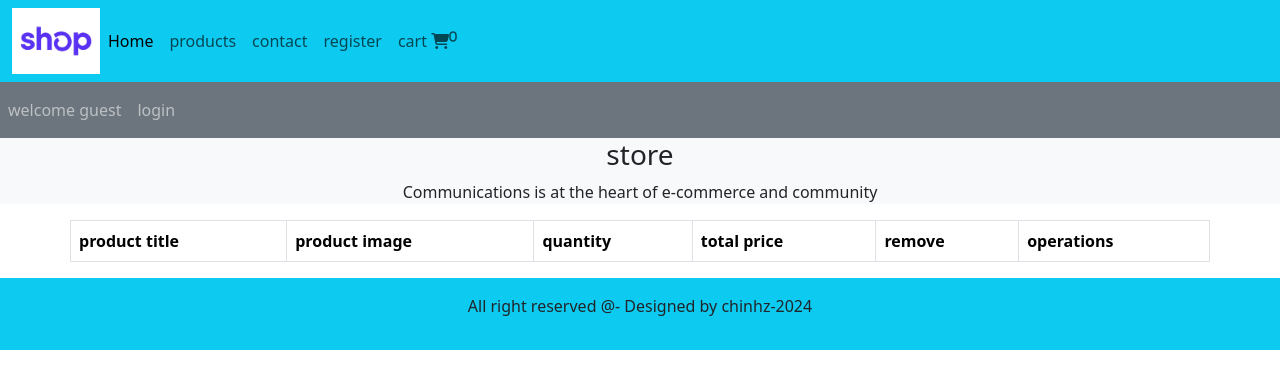
Repository: hahuuchinh2501/ecommerce_web
Page: http://localhost/cart.php
The author's editor kept a copy of each file at every save. The page is drawn from the files as they stood at one save, then again after the next save.
The browser window is 1280 px wide. The pictures show the whole page.
The page is run by PHP 8.4 with error messages shown; the project is at /var/www/html/. Queries for data that is not in the repository find no rows.

Above is the page before, as saved 2025-02-07 16:15:36.

### cart.php
<?php
include('includes/connect.php');
include('functions/common_function.php');
?>



<!DOCTYPE html>
<html lang="en">

<head>
    <meta charset="UTF-8">
    <meta name="viewport" content="width=device-width, initial-scale=1.0">
    <title>website-cart details</title>
    <link href="https://cdn.jsdelivr.net/npm/bootstrap@5.3.3/dist/css/bootstrap.min.css" rel="stylesheet"
        integrity="sha384-QWTKZyjpPEjISv5WaRU9OFeRpok6YctnYmDr5pNlyT2bRjXh0JMhjY6hW+ALEwIH" crossorigin="anonymous">
    <link rel="stylesheet" href="https://cdnjs.cloudflare.com/ajax/libs/font-awesome/6.5.2/css/all.min.css"
        integrity="sha512-SnH5WK+bZxgPHs44uWIX+LLJAJ9/2PkPKZ5QiAj6Ta86w+fsb2TkcmfRyVX3pBnMFcV7oQPJkl9QevSCWr3W6A=="
        crossorigin="anonymous" referrerpolicy="no-referrer" />
    <link rel="stylesheet" href="style.css">

</head>

<body>
    <!-- navbar -->
    <div class="container-fluid p-0">
        <nav class="navbar navbar-expand-lg bg-info">
            <div class="container-fluid">
                <img src="./images/shop.jpg" alt="" class="logo">
                <button class="navbar-toggler" type="button" data-bs-toggle="collapse"
                    data-bs-target="#navbarSupportedContent" aria-controls="navbarSupportedContent"
                    aria-expanded="false" aria-label="Toggle navigation">
                    <span class="navbar-toggler-icon"></span>
                </button>
                <div class="collapse navbar-collapse" id="navbarSupportedContent">
                    <ul class="navbar-nav me-auto mb-2 mb-lg-0">
                        <li class="nav-item">
                            <a class="nav-link active" aria-current="page" href="index.php">Home</a>
                        </li>
                        <li class="nav-item">
                            <a class="nav-link" href="display_all.php">products</a>
                        </li>
                        <li class="nav-item">
                            <a class="nav-link" href="#">contact</a>
                        </li>
                        <li class="nav-item">
                            <a class="nav-link" href="#">register</a>
                        </li>
                        <li class="nav-item">
                            <a class="nav-link" href="cart.php">cart <i
                                    class="fa-solid fa-cart-shopping"><sup><?php cart_item(); ?></sup></i></a>
                        </li>

                    </ul>

                </div>
            </div>
        </nav>

        <!-- call function cart -->
        <?php
        cart();
        ?>

        <nav class="navbar navbar-expand-lg navbar-dark bg-secondary">
            <ul class="navbar-nav me-auto">
                <li class="nav-item">
                    <a class="nav-link" href="#">welcome guest</a>
                </li>
                <li class="nav-item">
                    <a class="nav-link" href="#">login</a>
                </li>
            </ul>
        </nav>
        <div class="bg-light">
            <h3 class="text-center">store</h3>
            <p class="text-center">Communications is at the heart of e-commerce and community</p>
        </div>



        <div class="container">
            <div class="row">
                <table class="table table-bordered">
                    <thead>
                        <tr>
                            <th>product title</th>
                            <th>product image</th>
                            <th>quantity</th>
                            <th>total price</th>
                            <th>remove</th>
                            <th>operations</th>
                        </tr>
                    </thead>

                </table>
            </div>
        </div>

        <!-- include footer  -->
        <?php
        include("./includes/footer.php")
            ?>
    </div>

    <script src="https://cdn.jsdelivr.net/npm/bootstrap@5.3.3/dist/js/bootstrap.bundle.min.js"
        integrity="sha384-YvpcrYf0tY3lHB60NNkmXc5s9fDVZLESaAA55NDzOxhy9GkcIdslK1eN7N6jIeHz"
        crossorigin="anonymous"></script>
</body>

</html>

### includes/connect.php
<?php

$con=mysqli_connect('127.0.0.1:3316','root','123','myshop');
if(!$con) {
    die(mysqli_error($con));
}


?>

### functions/common_function.php
<?php
include('./includes/connect.php');


function getproducts()
{

    global $con;
    //condition to check isset or not
    if (!isset($_GET['category'])) {
        if (!isset($_GET['brand'])) {
            $select_query = "Select * from `products` order by rand() LIMIT 0,9";
            $result_query = mysqli_query($con, $select_query);
            // $row=mysqli_fetch_assoc($result_query);
            // echo $row['product_title'];
            while ($row = mysqli_fetch_assoc($result_query)) {
                $product_id = $row['product_id'];
                $product_title = $row['product_title'];
                $product_description = $row['product_description'];
                $product_image1 = $row['product_image1'];
                $product_price = $row['product_price'];
                $category_id = $row['category_id'];
                $brand_id = $row['brand_id'];
                echo "<div class='col-md-4 mb-2'>
                        <div class='card'>
                            <img src='./admin_area/product_images/$product_image1' class='card-img-top' alt='...'>
                            <div class='card-body'>
                                <h5 class='card-title'>$product_title</h5>
                                <p class='card-text'>$product_description</p>
                                <p class='card-text'>Giá: $product_price</p>
                                <a href='index.php?add_to_cart=$product_id' class='btn btn-info'>Add to cart</a>
                                <a href='product_details.php?product_id=$product_id' class='btn btn-secondary'>View more</a>
                            </div>
                        </div>
                    </div>";
            }
        }

    }
}

// getting all product
function get_all_products()
{
    global $con;
    //condition to check isset or not
    if (!isset($_GET['category'])) {
        if (!isset($_GET['brand'])) {
            $select_query = "Select * from `products` order by rand()";
            $result_query = mysqli_query($con, $select_query);
            // $row=mysqli_fetch_assoc($result_query);
            // echo $row['product_title'];
            while ($row = mysqli_fetch_assoc($result_query)) {
                $product_id = $row['product_id'];
                $product_title = $row['product_title'];
                $product_description = $row['product_description'];
                $product_image1 = $row['product_image1'];
                $product_price = $row['product_price'];
                $category_id = $row['category_id'];
                $brand_id = $row['brand_id'];
                echo "<div class='col-md-4 mb-2'>
                        <div class='card'>
                            <img src='./admin_area/product_images/$product_image1' class='card-img-top' alt='...'>
                            <div class='card-body'>
                                <h5 class='card-title'>$product_title</h5>
                                <p class='card-text'>$product_description</p>
                                <p class='card-text'>Giá: $product_price</p>
                                <a href='index.php?add_to_cart=$product_id' class='btn btn-info'>Add to cart</a>
                                <a href='product_details.php?product_id=$product_id' class='btn btn-secondary'>View more</a>
                            </div>
                        </div>
                    </div>";
            }
        }

    }
}


//getting unique categories
function get_unique_categories()
{

    global $con;
    //condition to check isset or not
    if (isset($_GET['category'])) {
        $category_id = $_GET['category'];
        $select_query = "Select * from `products` where category_id=$category_id";
        $result_query = mysqli_query($con, $select_query);
        $num_of_rows = mysqli_num_rows($result_query);
        if ($num_of_rows == 0) {
            echo "<h2 class='text-center text-danger'> No stock for this category</h2>";
        }
        // $row=mysqli_fetch_assoc($result_query);
        // echo $row['product_title'];
        while ($row = mysqli_fetch_assoc($result_query)) {
            $product_id = $row['product_id'];
            $product_title = $row['product_title'];
            $product_description = $row['product_description'];
            $product_image1 = $row['product_image1'];
            $product_price = $row['product_price'];
            $category_id = $row['category_id'];
            $brand_id = $row['brand_id'];
            echo "<div class='col-md-4 mb-2'>
                        <div class='card'>
                            <img src='./admin_area/product_images/$product_image1' class='card-img-top' alt='...'>
                            <div class='card-body'>
                                <h5 class='card-title'>$product_title</h5>
                                <p class='card-text'>$product_description</p>
                                <p class='card-text'>Giá: $product_price</p>
                                <a href='index.php?add_to_cart=$product_id' class='btn btn-info'>Add to cart</a>
                                 <a href='product_details.php?product_id=$product_id' class='btn btn-secondary'>View more</a>
                            </div>
                        </div>
                    </div>";
        }
    }

}


//getting unique brands
function get_unique_brands()
{

    global $con;
    //condition to check isset or not
    if (isset($_GET['brand'])) {
        $brand_id = $_GET['brand'];
        $select_query = "Select * from `products` where brand_id=$brand_id";
        $result_query = mysqli_query($con, $select_query);
        $num_of_rows = mysqli_num_rows($result_query);
        if ($num_of_rows == 0) {
            echo "<h2 class='text-center text-danger'> this brand available for service</h2>";
        }
        // $row=mysqli_fetch_assoc($result_query);
        // echo $row['product_title'];
        while ($row = mysqli_fetch_assoc($result_query)) {
            $product_id = $row['product_id'];
            $product_title = $row['product_title'];
            $product_description = $row['product_description'];
            $product_image1 = $row['product_image1'];
            $product_price = $row['product_price'];
            $category_id = $row['category_id'];
            $brand_id = $row['brand_id'];
            echo "<div class='col-md-4 mb-2'>
                        <div class='card'>
                            <img src='./admin_area/product_images/$product_image1' class='card-img-top' alt='...'>
                            <div class='card-body'>
                                <h5 class='card-title'>$product_title</h5>
                                <p class='card-text'>$product_description</p>
                                <p class='card-text'>Giá: $product_price</p>
                                <a href='index.php?add_to_cart=$product_id' class='btn btn-info'>Add to cart</a>
                                <a href='product_details.php?product_id=$product_id' class='btn btn-secondary'>View more</a>
                            </div>
                        </div>
                    </div>";
        }
    }

}



function getbrands()
{
    global $con;
    $select_brands = "select * from `brands`";
    $result_brands = mysqli_query($con, $select_brands);
    // $row_data=mysqli_fetch_assoc($result_brands);
    // echo $row_data['brand_title'];
    // echo $row_data['brand_title'];
    while ($row_data = mysqli_fetch_assoc($result_brands)) {
        $brand_title = $row_data['brand_title'];
        $brand_id = $row_data['brand_id'];
        echo "<li class='nav-item'>
                        <a href='index.php?brand=$brand_id' class='nav-link text-light'> $brand_title</a>
                    </li>";
    }
}

function getcategories()
{
    global $con;
    $select_categories = "select * from `categories`";
    $result_categories = mysqli_query($con, $select_categories);
    // $row_data=mysqli_fetch_assoc($result_brands);
    // echo $row_data['brand_title'];
    // echo $row_data['brand_title'];
    while ($row_data = mysqli_fetch_assoc($result_categories)) {
        $category_title = $row_data['category_title'];
        $category_id = $row_data['category_id'];
        echo "<li class='nav-item'>
                        <a href='index.php?category=$category_id' class='nav-link text-light'> $category_title</a>
                    </li>";
    }
}

//function search product

function search_product()
{
    global $con;
    if (isset($_GET['search_data_product'])) {
        $search_data_value = $_GET['search_data'];
        $search_query = "Select * from `products` where product_keywords like '%$search_data_value%'";
        $result_query = mysqli_query($con, $search_query);
        $num_of_rows = mysqli_num_rows($result_query);
        if ($num_of_rows == 0) {
            echo "<h2 class='text-center text-danger'> No have product this category</h2>";
        }
        while ($row = mysqli_fetch_assoc($result_query)) {
            $product_id = $row['product_id'];
            $product_title = $row['product_title'];
            $product_description = $row['product_description'];
            $product_image1 = $row['product_image1'];
            $product_price = $row['product_price'];
            $category_id = $row['category_id'];
            $brand_id = $row['brand_id'];
            echo "<div class='col-md-4 mb-2'>
                        <div class='card'>
                            <img src='./admin_area/product_images/$product_image1' class='card-img-top' alt='...'>
                            <div class='card-body'>
                                <h5 class='card-title'>$product_title</h5>
                                <p class='card-text'>$product_description</p>
                                <p class='card-text'>Giá: $product_price</p>
                                <a href='index.php?add_to_cart=$product_id' class='btn btn-info'>Add to cart</a>
                                 <a href='product_details.php?product_id=$product_id' class='btn btn-secondary'>View more</a>
                            </div>
                        </div>
                    </div>";
        }
    }
}


// view details product
function view_details()
{
    global $con;
    //condition to check isset or not
    if (isset($_GET['product_id'])) {
        if (!isset($_GET['category'])) {
            if (!isset($_GET['brand'])) {
                $product_id = $_GET['product_id'];
                $select_query = "Select * from `products` where product_id=$product_id";
                $result_query = mysqli_query($con, $select_query);
                while ($row = mysqli_fetch_assoc($result_query)) {
                    $product_id = $row['product_id'];
                    $product_title = $row['product_title'];
                    $product_description = $row['product_description'];
                    $product_image1 = $row['product_image1'];
                    $product_image2 = $row['product_image2'];
                    $product_image3 = $row['product_image3'];
                    $product_price = $row['product_price'];
                    $category_id = $row['category_id'];
                    $brand_id = $row['brand_id'];
                    echo "<div class='col-md-4 mb-2'>
                        <div class='card'>
                            <img src='./admin_area/product_images/$product_image1' class='card-img-top' alt='$product_title'>
                            <div class='card-body'>
                                <h5 class='card-title'>$product_title</h5>
                                <p class='card-text'>$product_description</p>
                                <p class='card-text'>Giá: $product_price</p>
                                <a href='index.php?add_to_cart=$product_id' class='btn btn-info'>Add to cart</a>
                                <a href='index.php' class='btn btn-secondary'>go home</a>
                            </div>
                        </div>
                    </div>

                     <div class='col-md-8'>
                     <div class='row'>
                        <div class='col-md-12'>
                            <h4 class='text-center text-info mb-5 '>relate products</h4>
                        </div>
                        <div class='col-md-6'>
                            <img src='./admin_area/product_images/$product_image2' class='card-img-top'
                                alt='$product_title'>
                        </div>
                        <div class='col-md-6'>
                            <img src='./admin_area/product_images/$product_image3' class='card-img-top'
                                alt='$product_title'>
                        </div>
                    </div>

                    </div>
                    ";
                }
            }

        }
    }
}

//get ip address
function getIPAddress()
{
    //whether ip is from the share internet
    if (!empty($_SERVER['HTTP_CLIENT_IP'])) {
        $ip = $_SERVER['HTTP_CLIENT_IP'];
    }
    //whether ip is from the proxy
    elseif (!empty($_SERVER['HTTP_X_FORWARDED_FOR'])) {
        $ip = $_SERVER['HTTP_X_FORWARDED_FOR'];
    }
    //whether ip is from the remote address
    else {
        $ip = $_SERVER['REMOTE_ADDR'];
    }
    return $ip;
}
// $ip = getIPAddress();
// echo 'User Real IP Address - ' . $ip;


function cart()
{
    if (isset($_GET['add_to_cart'])) {
        global $con;
        $get_ip_add = getIPAddress();
        $get_product_id = $_GET['add_to_cart'];
        $select_query = "Select * from `cart_details` where ip_address='$get_ip_add' and product_id=$get_product_id";
        $result_query = mysqli_query($con, $select_query);
        $num_of_rows = mysqli_num_rows($result_query);
        if ($num_of_rows > 0) {
            echo "<script>alert('this item is already present inside cart')</script>";
            echo "<script>window.open('index.php','_self')</script>";
        } else {
            $insert_query = "insert into `cart_details` (product_id,ip_address,quantity) values ($get_product_id,'$get_ip_add',0)";
            $result_query = mysqli_query($con, $insert_query);
            echo "<script>alert('item is added to cart')</script>";
            echo "<script>window.open('index.php','_self')</script>";

        }
    }
}

// cart item
function cart_item()
{
    if (isset($_GET['add_to_cart'])) {
        global $con;
        $get_ip_add = getIPAddress();

        $select_query = "Select * from `cart_details` where ip_address='$get_ip_add'";
        $result_query = mysqli_query($con, $select_query);
        $count_cart_items = mysqli_num_rows($result_query);
    } else {
        global $con;
        $get_ip_add = getIPAddress();

        $select_query = "Select * from `cart_details` where ip_address='$get_ip_add'";
        $result_query = mysqli_query($con, $select_query);
        $count_cart_items = mysqli_num_rows($result_query);
    }
    echo $count_cart_items;
}

//total price function

function total_cart_price()
{
    global $con;
    $get_ip_add = getIPAddress();
    $total_price = 0;

    $cart_query = "Select * from `cart_details` where ip_address='$get_ip_add'";
    $result = mysqli_query($con, $cart_query);
    while ($row = mysqli_fetch_array($result)) {
        $product_id = $row['product_id'];
        $select_products = "Select * from `products` where product_id='$product_id'";
        $result_products = mysqli_query($con, $select_products);
        while ($row_product_price = mysqli_fetch_array($result_products)) {
            $product_price = array($row_product_price['product_price']);
            $product_values = array_sum($product_price);
            $total_price += $product_values;
        }
    }
    echo $total_price;
}

?>

### includes/footer.php
<div class="bg-info p-3 text-center">
    <p>All right reserved @- Designed by chinhz-2024</p>
</div>

### style.css
* {
    margin: 0;
    padding: 0;
    box-sizing: border-box;
}


.logo {
    width: 7%;
    height: 7%;
}

     .card-img-top {
            height: 360px; /* Đặt chiều cao cố định */
            object-fit: cover; /* Đảm bảo hình ảnh vừa khung và không bị biến dạng */
        }

After the next save:
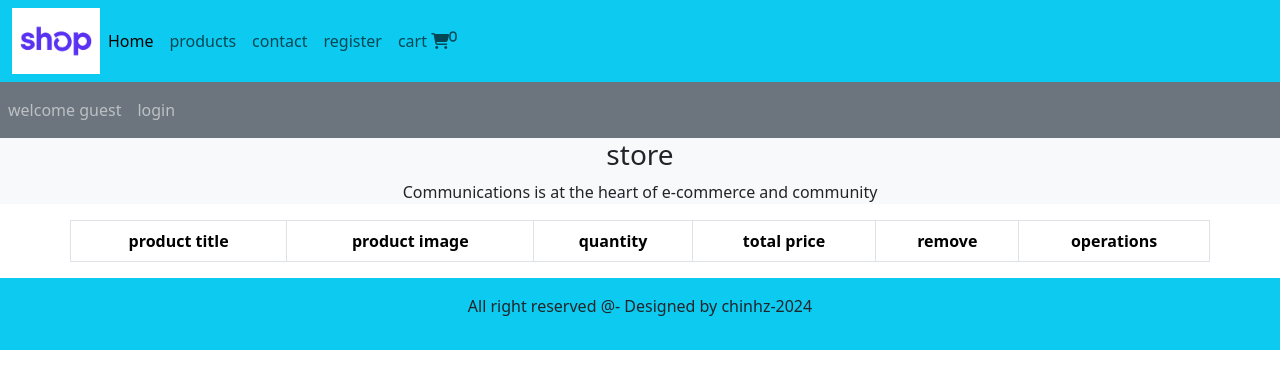
Saved 25 s later.
--- a/cart.php
+++ b/cart.php
@@ -81,7 +81,7 @@ include('functions/common_function.php');
 
         <div class="container">
             <div class="row">
-                <table class="table table-bordered">
+                <table class="table table-bordered text-center">
                     <thead>
                         <tr>
                             <th>product title</th>
